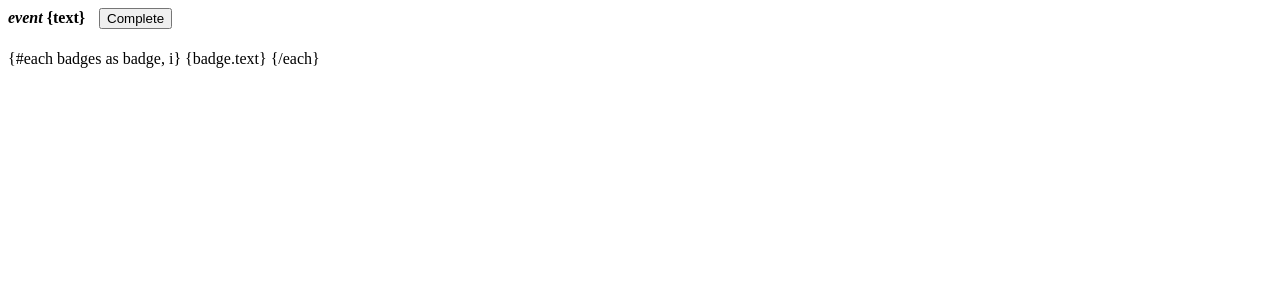
Repository: nicobrinkkemper/firebase-svelte-tododemo
Page: src/components/Todo.html
An editor plug-in stored every save of this project. The page is shown before and after the next save, followed by the edit.
The browser window is 1280 px wide. The pictures show the whole page.

Above is the page before, as saved 2018-11-24 22:46:09.

After the next save:
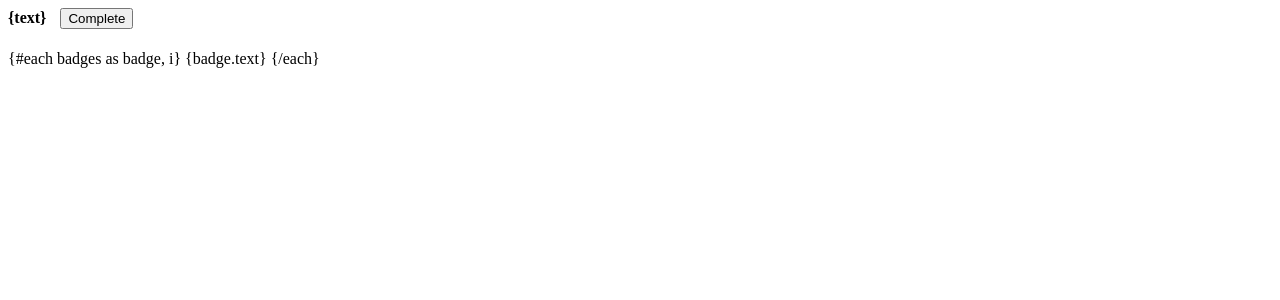
Saved 11 s later.
--- a/src/components/Todo.html
+++ b/src/components/Todo.html
@@ -1,8 +1,7 @@
 <div class={`Todo ${isSpeaking ? 'speaking' : ''}`}>
 	<h4>
-		<i class="material-icons" style={{ position: 'absolute', bottom: 10, right: 20, color: '#99979c' }}>event</i>
 		{text}
-		<button class="float-right btn btn-success btn-sm" style={{ marginLeft: 10 }} onClick={onCompleteTodo}>
+		<button class="float-right btn btn-success btn-sm" onClick={onCompleteTodo}>
 			Complete
 		</button>
 	</h4>
